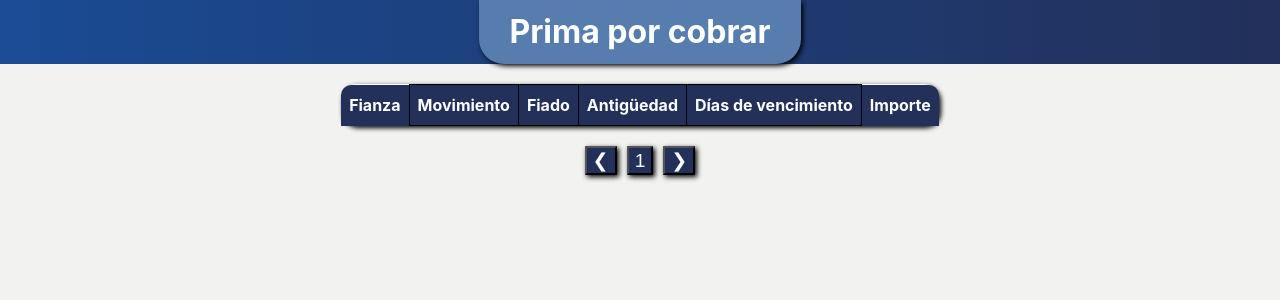
Repository: PCGP22/prueba-t-cnica-liberty-finanzas
Page: / (app in Prueba técnica full-stack/client/)
An editor plug-in stored every save of this project. The page is shown before and after a run of saves, followed by the edit.
The browser window is 1280 px wide. The pictures show the whole page.
The page's requests for data from a server got no answer. The project was rebuilt for these pictures with package versions that can differ from the ones it lists, and the page was loaded fresh each time. No one was signed in, and anything a server would have sent is missing. Also part of the build but not shown: Prueba técnica full-stack/client/vite.config.js, Prueba técnica full-stack/client/src/components/Card.jsx, Prueba técnica full-stack/client/src/components/CardsContainer.jsx, Prueba técnica full-stack/client/src/components/Filters.jsx.

Above is the page before, as saved 2023-11-14 08:34:46.

After the next 3 saves:
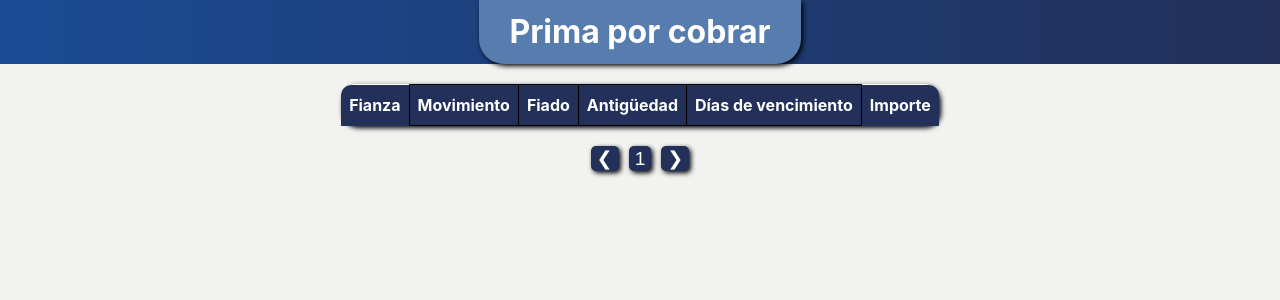
The 3 saves are shown as one change because they came seconds apart.
The last was saved 37 s later.
--- a/Prueba técnica full-stack/client/src/index.css
+++ b/Prueba técnica full-stack/client/src/index.css
@@ -212,4 +212,6 @@ table tr:first-child:hover{
   background-color:var(--darkest-blue);
   color:white;
   box-shadow: var(--box-shadow);
-}
+  border:transparent;
+  border-radius:5px;
+}
